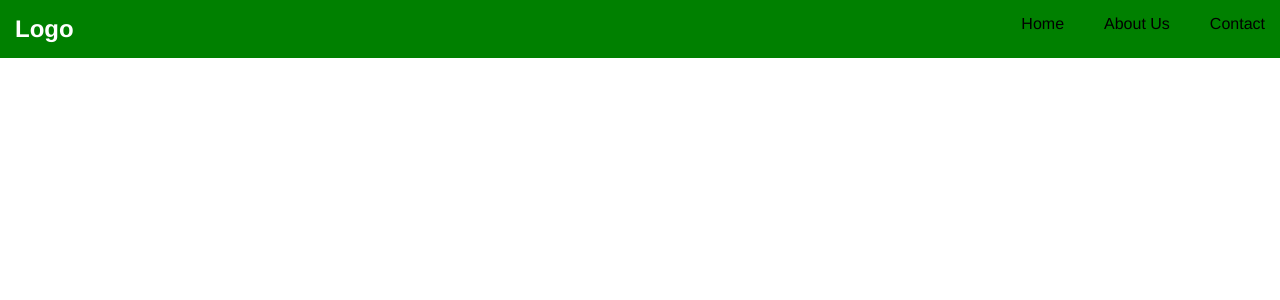
Repository: shreyajadhav13/TP_RP_05
Page: intermediate/assets/menu.html
An editor plug-in stored every save of this project. The page is shown before and after the next save, followed by the edit.
The browser window is 1280 px wide. The pictures show the whole page.

Above is the page before, as saved 2024-06-20 16:44:54.

### intermediate/assets/menu.html
<!DOCTYPE html>
<html lang="en">
<head>
    <meta charset="UTF-8">
    <meta name="viewport" content="width=device-width, initial-scale=1.0"/>
    <title>Navbar</title>
    <link rel="stylesheet" href="/assets/style.css">
</head>
<body>
    <nav class="nav">
        <div>
        <h1 class="main">Logo</h1>
        </div>
        <div>
        <ul>
                <li>Home</li>
                <li>About Us</li>
                <li>Contact</li>
        </ul>
    </div>
</nav>
</body>
</html>

### intermediate/assets/style.css
/* Global Selector */
*{
    /* CSS Resetting */
    margin: 0;
    padding: 0;
    box-sizing: border-box;
    font-family: 'Franklin Gothic Medium', 'Arial Narrow', Arial, sans-serif;
    list-style: none;
}

h1,label{
    font-family: 'Franklin Gothic Medium', 'Arial Narrow', Arial, sans-serif;
}

.button{
    border-color: black;
    padding: 3px 4px 1px 5px;
}

/*  Id Selector */
#login{
    color: white;
}
form{
    height: 300px;
    width: 300px;
    border: 2px ;
    border-radius: 8px;
    background-color:rgba(255, 255, 255, 0.322)


}

.main{
    color:white
}
/*  Class Selector */
.form-input{
    margin: 40px 0px 0px 0px;
}

button:hover {
    opacity: 0.8;

}
/* End Login */

/* Navbar */

.nav{
    display: flex;
    justify-content: space-between;
    background-color:green
}
.nav > div {
    padding:15px;
}

.nav > div > ul {
    display:flex;
    gap:40px;
}
.nav > div > ul > li:hover {
    text-decoration: underline;
    cursor: pointer;
}

/* End Navbar */

After the next save:
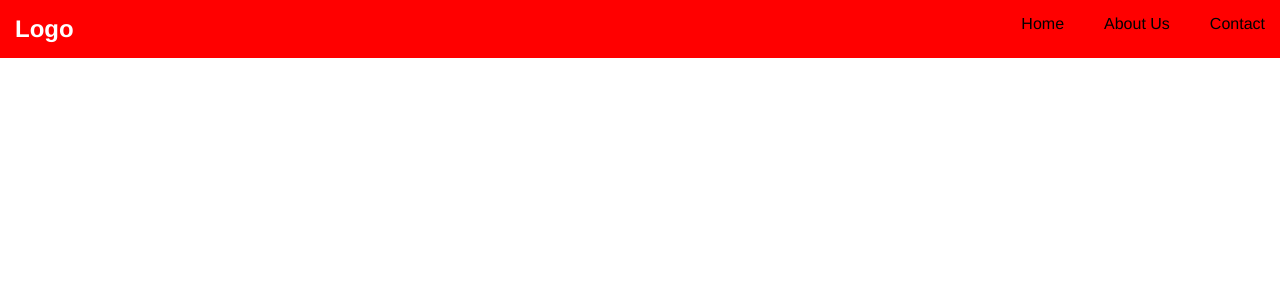
Saved 31 s later.
--- a/intermediate/assets/style.css
+++ b/intermediate/assets/style.css
@@ -50,7 +50,7 @@ button:hover {
 .nav{
     display: flex;
     justify-content: space-between;
-    background-color:green
+    background-color:red
 }
 .nav > div {
     padding:15px;
